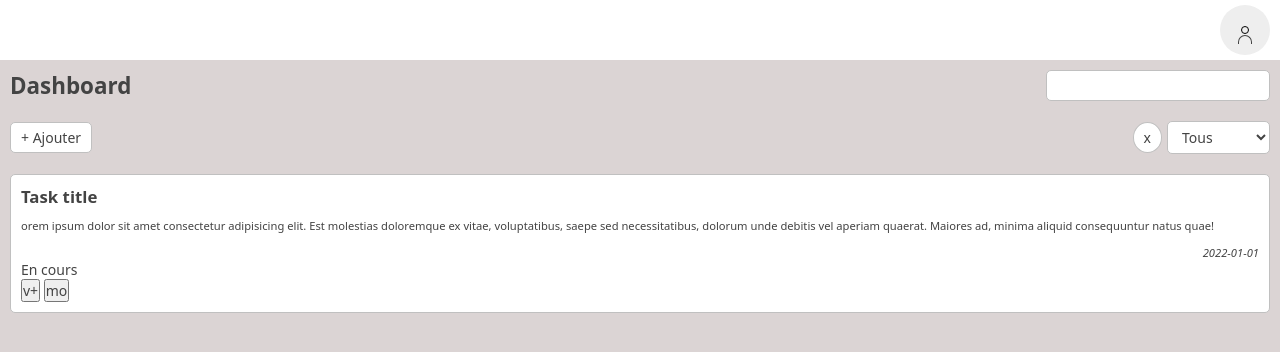
Repository: zpaulange/task_manager
Page: dashboard/index.html
An editor plug-in stored every save of this project. The page is shown before and after a run of saves, followed by the edit.
The browser window is 1280 px wide. The pictures show the whole page.

Above is the page before, as saved 2025-03-06 15:26:05.

### dashboard/index.html
<!DOCTYPE html>
<html lang="en">
<head>
    <meta charset="UTF-8">
    <meta name="viewport" content="width=device-width, initial-scale=1.0">
    <link rel="stylesheet" href="../assets/styles/dashboard/style.css">
    <title>Document</title>
</head>
<body>
  <section class="dashboard">
    <div class="dashboard_right">
      <nav class="dashbaord_nav">
        <a href="#" class="dashbaord_nav_avatar">
          <span></span>
        </a>
      </nav>
      <main class="main">
        <div class="main_header">
          <h1 class="main_header_title">Dashboard</h1>
          <input type="search" name="search" class=" main_header_search">
        </div>
        <div class="main_header_actions">
          <div class="main_header_actions_left">
            <button class="main_header_actions_btn">+ Ajouter</button>
          </div>
          <div class="main_header_actions_right">
            <button class="main_header_actions_right_btnDel rounded-btn del">x</button>
            <select name="filter" class="main_header_actions_right_filter" id="">
              <option value="0">Tous</option>
              <option value="1">En cours</option>
              <option value="2">Annulés</option>
              <option value="3">Terminés</option>
            </select>
          </div>
        </div>
        <section class="main-task">
          <div class="main-task__content">
            <div class="main-task__content-item">
              <div class="main-task__content-item__title">
                Task title
              </div>
              <p class="main-task__content-item__desc">
                orem ipsum dolor sit amet consectetur adipisicing elit. Est molestias doloremque ex vitae, voluptatibus, saepe sed necessitatibus, dolorum unde debitis vel aperiam quaerat. Maiores ad, minima aliquid consequuntur natus quae!
              </p>
              <div class="main-task__content-item__date">
                2022-01-01
              </div>
              <div class="main-task__content-item__actions">
                <span class="main-task__content-item__actions_status">
                  En cours
                </span>
                <div>
                  <button class="main-task__content-item__actions_btn">v+</button>
                  <button class="main-task__content-item__actions_btn">mo</button>
                </div>
            </div>
            <!-- <section class="box box-center">
              <h1>Aucune tache disponible...</h1>
            </section> -->
          </div>

        </section>
      </main>
    </div>
  </section>

</body>
</html>

### assets/styles/dashboard/style.css
*{
  margin:0;
  padding:0;
  box-sizing: border-box;
  position:relative;
  font-family: system-ui, sans-serif;
  font-size: 14px;
  color:#434343;
}
body{
  overflow-x: hidden;
}
a{
  text-decoration: none;
}
a:active, a:hover{
  color:#434343;
}
img{
  width: 100%;
  height: auto;
}
ul li{
  list-style: none;
}
input[type="search"],
input[type="text"],
input[type="date"]{
  padding:5px 10px;
  border-radius:5px;
  border:1px solid silver
}
input:focus, select:focus{
  outline: none;
}

.dashboard{
  min-height: 100vh;
  background-color: #dbd4d4;
}

.dashboard_right{
  min-height: 100vh;
}
.dashbaord_nav{
  background-color: #fff;
  padding:5px 10px;
  display: flex;
  align-items:center;
  justify-content: flex-end;
  z-index: 1000;
  position: sticky;
  top:0;
  left:0;
}
.dashbaord_nav_avatar{
  display: flex;
  align-items: center;
  justify-content: center;
  height:50px;
  width: 50px;
  border-radius:50%;
  background-color: #eee;

}
.dashbaord_nav_avatar span{
  display: inline-block;
  height: 8px;
  width: 8px;
  border-radius:50%;
  border:1px solid #000
}
.dashbaord_nav_avatar span:before{
  content:'';
  position: absolute;
  height: 8px;
  width: 12px;
  border:1px solid;
  left:50%;
  transform: translateX(-50%);
  top:8px;
  border-bottom: none;
  border-top-left-radius: 10px;
  border-top-right-radius: 10px;
}

.main{
  padding:10px;
}
.main_header_title{
  font-size: 1.6rem;
}
.box{
  min-height: calc(100vh - 180px);
  background-color: #fff;
  border-radius:5px;
  padding:10px;
  margin-top:20px
}
.box.box-center{
  display: flex;
  align-items:center;
  justify-content: center;
}

.main_header{
  display: flex;
  justify-content: space-between;
  align-items:center;
  margin-bottom:20px;
}
.main_header_actions{
  display: flex;
  justify-content: space-between;
  align-items:center;
}
.main_header_actions_btn{
  padding:5px 10px;
  border-radius:5px;
  border:1px solid silver;
  background-color: #fff;
  cursor: pointer;
  transition: .2s;
}
.main_header_actions_btn:hover{
  background-color:blue;
  color:#fff;
}
.main_header_actions_right{
  display: flex;
  align-items:center;
  gap:5px;
}
.rounded-btn{
  padding:5px 10px;
  border-radius:50%;
  border:1px solid silver;
  background-color: #fff;
  cursor: pointer;
  transition: .2s;
  cursor:pointer;
}
.rounded-btn.del:hover{
  background-color:red;
  color:#fff;
}
.main_header_actions_right_filter{
  padding:5px 10px;
  border-radius:5px;
  border:1px solid silver;
  background-color: #fff;
}

.main-task__content{
  margin-top:20px;
}
.main-task__content-item{
  background-color:#fff;
  padding:10px;
  border-radius:5px;
  border:1px solid silver
}
.main-task__content-item__title{
  font-size: 1.2rem;
  font-weight: 600;
}
.main-task__content-item__desc{
  font-size: .8rem;
  line-height: 1.2rem;
  margin-top:10px;
  margin-bottom:10px;
}
.main-task__content-item__date{
  font-size: .8rem;
  text-align: right;
  font-style: italic;
}

After the next 2 saves:
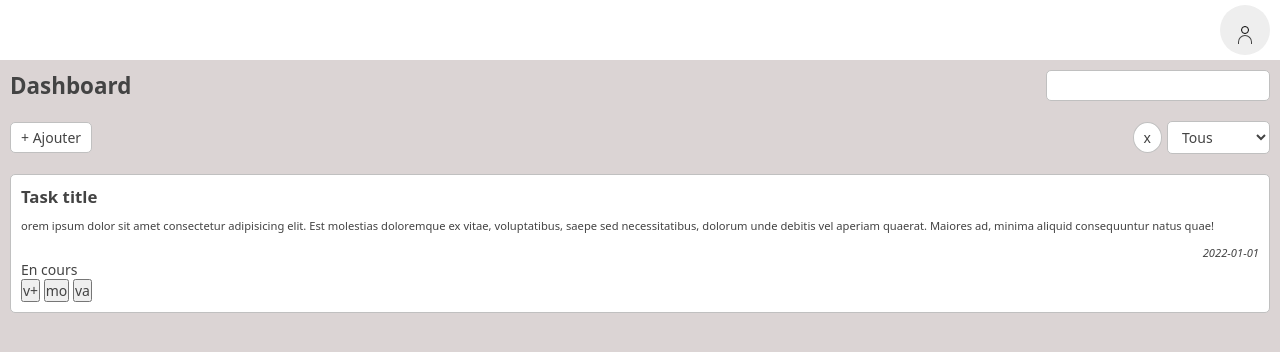
The 2 saves are shown as one change because they came seconds apart.
The last was saved 10 s later.
--- a/dashboard/index.html
+++ b/dashboard/index.html
@@ -52,6 +52,7 @@
                 <div>
                   <button class="main-task__content-item__actions_btn">v+</button>
                   <button class="main-task__content-item__actions_btn">mo</button>
+                  <button class="main-task__content-item__actions_btn">va</button>
                 </div>
             </div>
             <!-- <section class="box box-center">
